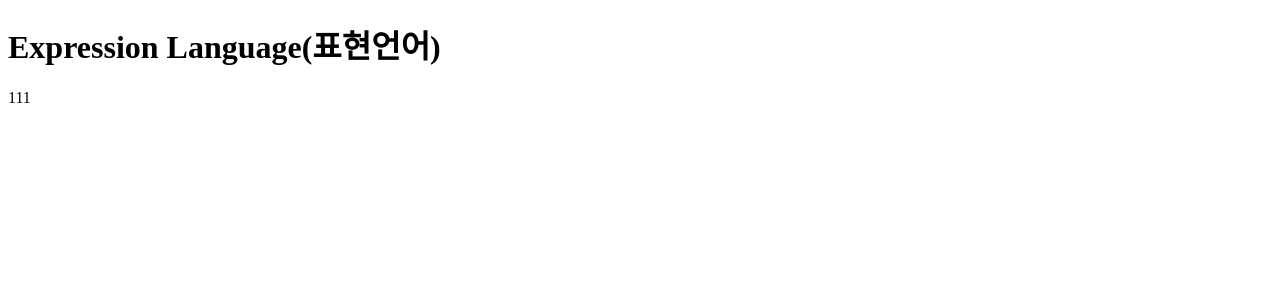
Repository: sanghshlsh/workspace_jsp
Page: http://localhost/Test060202/NewFile.jsp
These files come from the project's save history. The page is drawn as it stood at one moment and after a run of saves; the edit follows.
The browser window is 1280 px wide. The pictures show the whole page.
The page is served by Tomcat 9. Other server files are loaded and not shown.

Above is the page before, as saved 2020-06-02 06:02:33.

### Test060202/WebContent/NewFile.jsp
<%@ page language="java" contentType="text/html; charset=UTF-8"
    pageEncoding="UTF-8"%>
<%@ taglib uri="http://java.sun.com/jsp/jstl/core" prefix="c"%>
<%@ taglib uri="http://java.sun.com/jsp/jstl/fmt" prefix="fmt" %>
<%@ taglib uri="http://java.sun.com/jsp/jstl/functions" prefix="fn" %>

<!DOCTYPE html>
<html>
<head>
<meta charset="UTF-8">
<title>Insert title here</title>
</head>
<body>

	<h1>Expression Language(표현언어)</h1>
	${111}<br>
	<%-- jstl과 사용하는것이 더욱 효과적 --%>


</body>
</html>

After the next 2 saves:
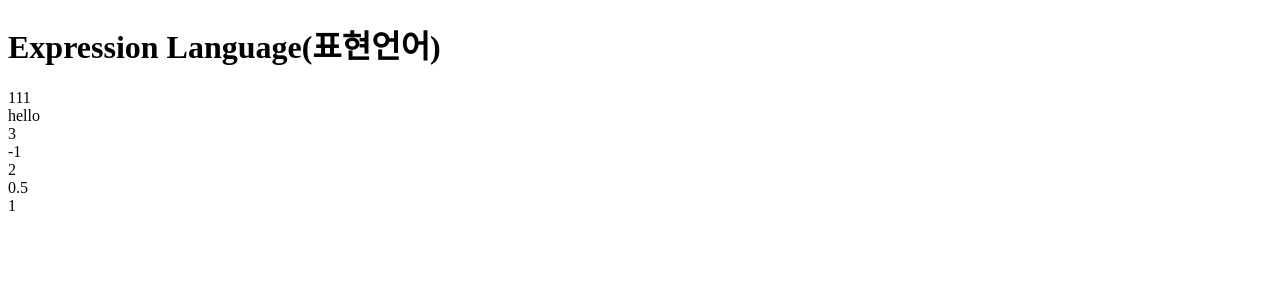
The 2 saves are shown as one change because 1 did not build or start.
The last was saved 107 s later.
--- a/Test060202/WebContent/NewFile.jsp
+++ b/Test060202/WebContent/NewFile.jsp
@@ -15,6 +15,12 @@
 	<h1>Expression Language(표현언어)</h1>
 	${111}<br>
 	<%-- jstl과 사용하는것이 더욱 효과적 --%>
+	${"hello" }<br>
+	${1+2 }<br>
+	${1-2 }<br>
+	${1*2 }<br>
+	${1/2 }<br>
+	${3%2 }<br>
 
 
 </body>
